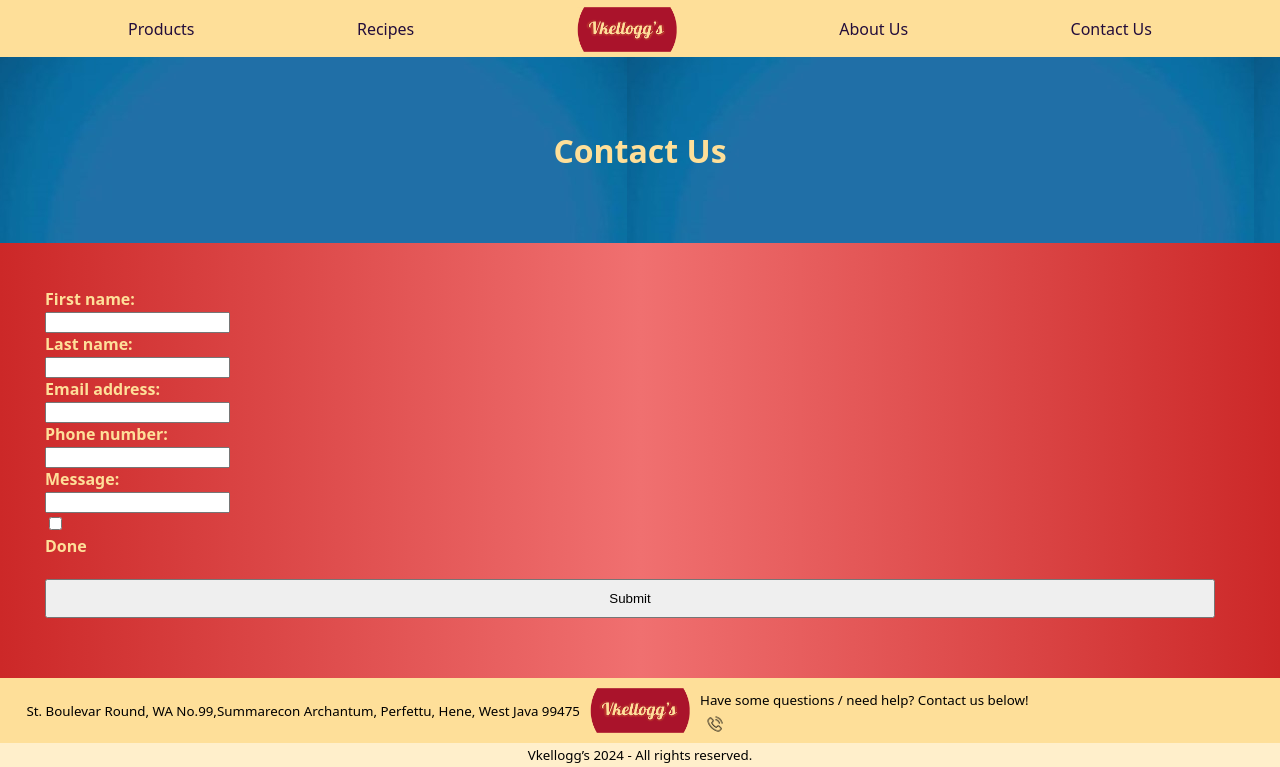
Repository: sugralld/VKelloggs
Page: Code and Assets/html/contactus.html
The author's editor kept a copy of each file at every save. The page is drawn from the files as they stood at one save, then again after a run of saves.
The browser window is 1280 px wide. The pictures show the whole page.

Above is the page before, as saved 2024-12-03 20:57:12.

### Code and Assets/html/contactus.html
<!DOCTYPE html>
<html lang="en">
<head>
    <meta charset="UTF-8">
    <meta name="viewport" content="width=device-width, initial-scale=1.0">
    <title>Contact Us | Vkellogg's</title>
    <link rel="stylesheet" href="../css/headerfooternavbar.css">
    <link rel="stylesheet" href="../css/contactus.css">
</head>
<body>
    <!-- header navigation -->
    <header>
        <nav>
            <div class="navbar-menu">
                <div><a class="navbar-link1" href="../html/products.html">Products</a></div>
                <div><a class="navbar-link2" href="../html/recipes.html">Recipes</a></div>
                <div class="navbar-link3"><a href="../html/homepage.html"><img src="../asset/Screenshot 2024-05-30 105858.png" width="100" height="45" alt=""></a></div>
                <div><a class="navbar-link4" href="../html/aboutus.html">About Us</a></div>
                <div><a class="navbar-link5" href="../html/contactus.html">Contact Us</a></div>
            </div>
        </nav>
    </header>

    <!-- Header Contact Us -->
    <div class="header">
        <h1>Contact Us</h1>
    </div>

    <!-- Form Contact Us -->
     <div class="form">
        <form action="" method = "post">
            <label for="firstname">First name: </label>
            <input type="text" name="firstname" id="firstname">
            <br>

            <label for="lastname">Last name: </label>
            <input type="text" name="lastname" id="lastname">
            <br>

            <label for="email">Email address: </label>
            <input type="text" name="email" id="email">
            <br>

            <label for="phonenum">Phone number: </label>
            <input type="text" name="phonenum" id="phonenum">
            <br>

            <label for="message">Message: </label>
            <input type="text" name="message" id="message">
            <br>

            <input type="checkbox" name="agreement" id="agreement">
            <label for="agreement">Done</label>
            <br>

            <button type="button" onclick="validateData()">Submit</button>
        </form>
        <script src="../js/contactus.js"></script>
     </div>

     <!-- Footer -->
    <footer class="footer">
        <div class="upperfooter">
            <div class="footert1"><p>St. Boulevar Round, WA No.99,Summarecon Archantum, Perfettu, Hene, West Java 99475</p></div>
            <div class="footert2"><img src="../asset/Screenshot 2024-05-30 105858.png" width="100" height="45" alt=""></div>
            <div class="footert3">
                <p class="footert4">Have some questions / need help? Contact us below!</p>
                <a href="../html/contactus.html"><img src="../asset/image-removebg-preview (27).png" width="30" height="auto" alt=""></a>
            </div>
        </div>
        <div class="lowerfooter">
            <p class="textlowerfooter">Vkellogg’s 2024  -  All rights reserved.
            </p>
        </div>
     </footer>

</body>
</html>

### Code and Assets/css/headerfooternavbar.css
body {
    margin: 0;
    font-family: system-ui;
}

.navbar-menu{
    display: flex;
    justify-content: space-between;
    align-items: center;
    padding: 0px 10%;
    background-color: #FEDF99;
}

a:hover{
    background-color: #F5F5F5;
    border-radius: 30px;
    color: #CC2828;
}

.navbar-link1,.navbar-link2,.navbar-link4,.navbar-link5{
    font-family: system-ui;
    font-weight: 500;
    text-decoration: none;
    color: #230D3B;
}

.navbar-link3{
    display: block;
    margin-top: 0.7%;
    margin-bottom: 0px;
}

.footer{
    position: bot;
}

.upperfooter{
    display: flex;
    background-color: #FEDF99;
    justify-content: center;
    align-items: center;
}

.footert1,.footert3{
    padding: 0px 10px;
    display: block;
    width: 1200px;
    font-size: smaller;
}

.footert1{
    text-align: right;
}

.footert3{
    text-align: left;
}

.footert2{
    margin-top: 4px;
}

.lowerfooter{
    background-color: #FFEFCB;
    padding: 0;
    margin: 0px;
}

.textlowerfooter{
    margin: 0;
    padding: 3px;
    font-size: smaller;
    text-align: center;
}

.footert4{
    margin-bottom: 0;
}

### Code and Assets/css/contactus.css
.header{
    background-image: url(../asset/copydesktop-wallpaper-kellogg-s-frosted-flakes-breakfast-cereal-original-33-5-oz-box.jpg);
    display: block;
    padding: 50px;
    text-align: center;
    color: #FEDF99;
}

.form{
    background: linear-gradient(0.25turn,#CC2828,#F07070,#CC2828);
    padding: 45px;
    font-weight: bold;
    color: #FEDF99;
}

.form label{
    display: block;
}

.form input{
    type
}

.form button {
    width: calc(100% - 20px); /* Lebar penuh dikurangi margin */
    max-width: 100%; /* Mencegah input melampaui layar */
    margin: 0 auto 15px; /* Jarak antar elemen */
    padding: 10px; /* Tambahkan padding untuk kenyamanan pengguna */
    box-sizing: border-box; /* Termasuk padding dalam perhitungan lebar */
}

### Code and Assets/js/contactus.js
function wordLen(str) {
    const value = str.trim().split(/\s+/);
    return value.length;
}

function checkAlphaNum(password){
    var isAlpha = false;
    var isNum = false;
    for(let i=0; i<password.length; i++){
        if(isNaN(password[i])){
            isAlpha = true;
        }
        else{
            isNum = true;
        }

        if(isAlpha || isNum){
            return true;
        }
    }
    return false;
}


function validateData(){
    var firstname = document.getElementById("firstname");
    var lastname = document.getElementById("lastname");
    var email = document.getElementById("email");
    var phonenum = document.getElementById("phonenum");
    var message = document.getElementById("message");
    var agreement = document.getElementById("agreement");

    if(!checkAlphaNum(firstname.value)){
        alert("First name must be alphabet!");
    }
    else if(!checkAlphaNum(lastname.value)){
        alert("Last name must be alphabet!");
    }
    else if(!email.value.endsWith("@gmail.com")){
        alert("Email must end with '@gmail.com'!");
    }
    else if(!checkAlphaNum(phonenum.value)){
        alert("Phone number must be numeric!");
    }
    else if(wordLen(message.value)<5){
        alert("Message must be at least 5 words!");
    }
    else if(!agreement.checked){
        alert("'Done' checkbox must be checked!");
    }
    else{
        alert("Message Submitted.");
    }

}

After the next 7 saves:
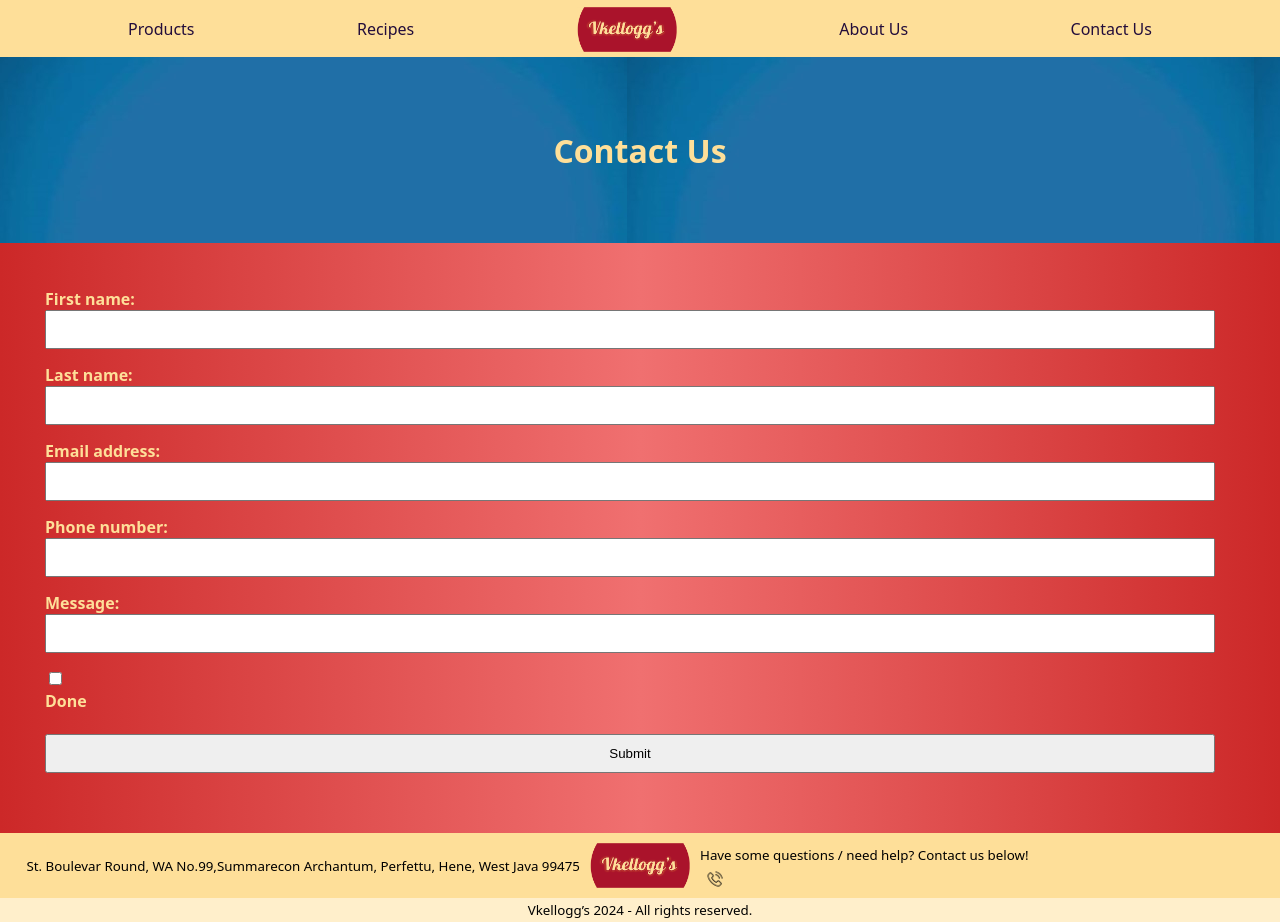
The 7 saves are shown as one change because they came seconds apart.
The last was saved 18 s later.
--- a/Code and Assets/css/contactus.css
+++ b/Code and Assets/css/contactus.css
@@ -17,9 +17,8 @@
     display: block;
 }
 
-.form input{
-    type
-}
+.form input[type="text"],
+
 
 .form button {
     width: calc(100% - 20px); /* Lebar penuh dikurangi margin */
